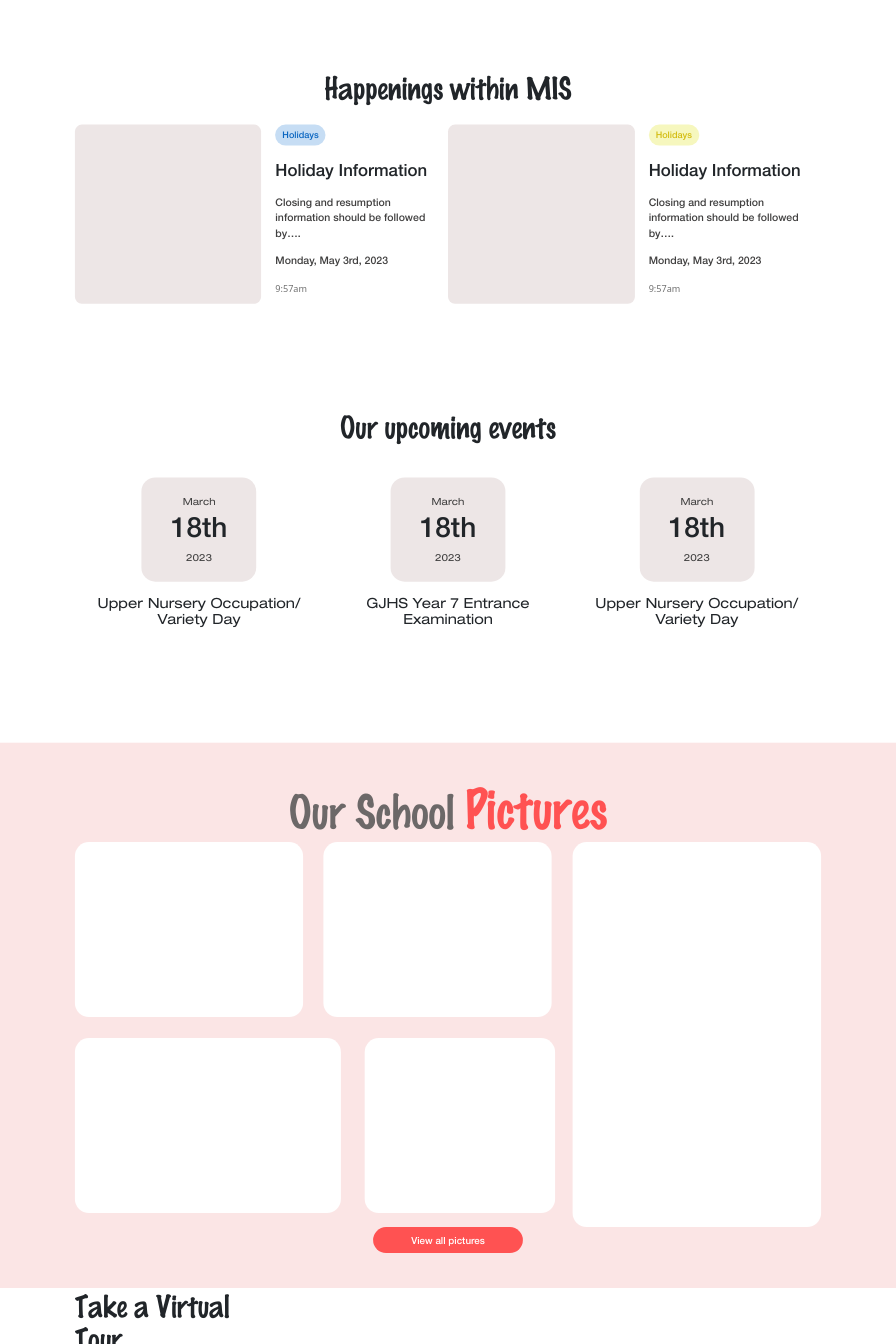
Repository: sarahnnanyelugo/MIGS
Page: /
An editor plug-in stored every save of this project. The page is shown before and after the next save, followed by the edit.
The browser window is 1280 px wide. The pictures show the part of the page from y = 4580 to 6500 px (the page is 7126 px tall before and 7226 px after), at 70% of full size.
The project was rebuilt for these pictures with package versions that can differ from the ones it lists, and the page was loaded fresh each time.

Above is the page before, as saved 2023-05-31 11:41:09.

After the next save:
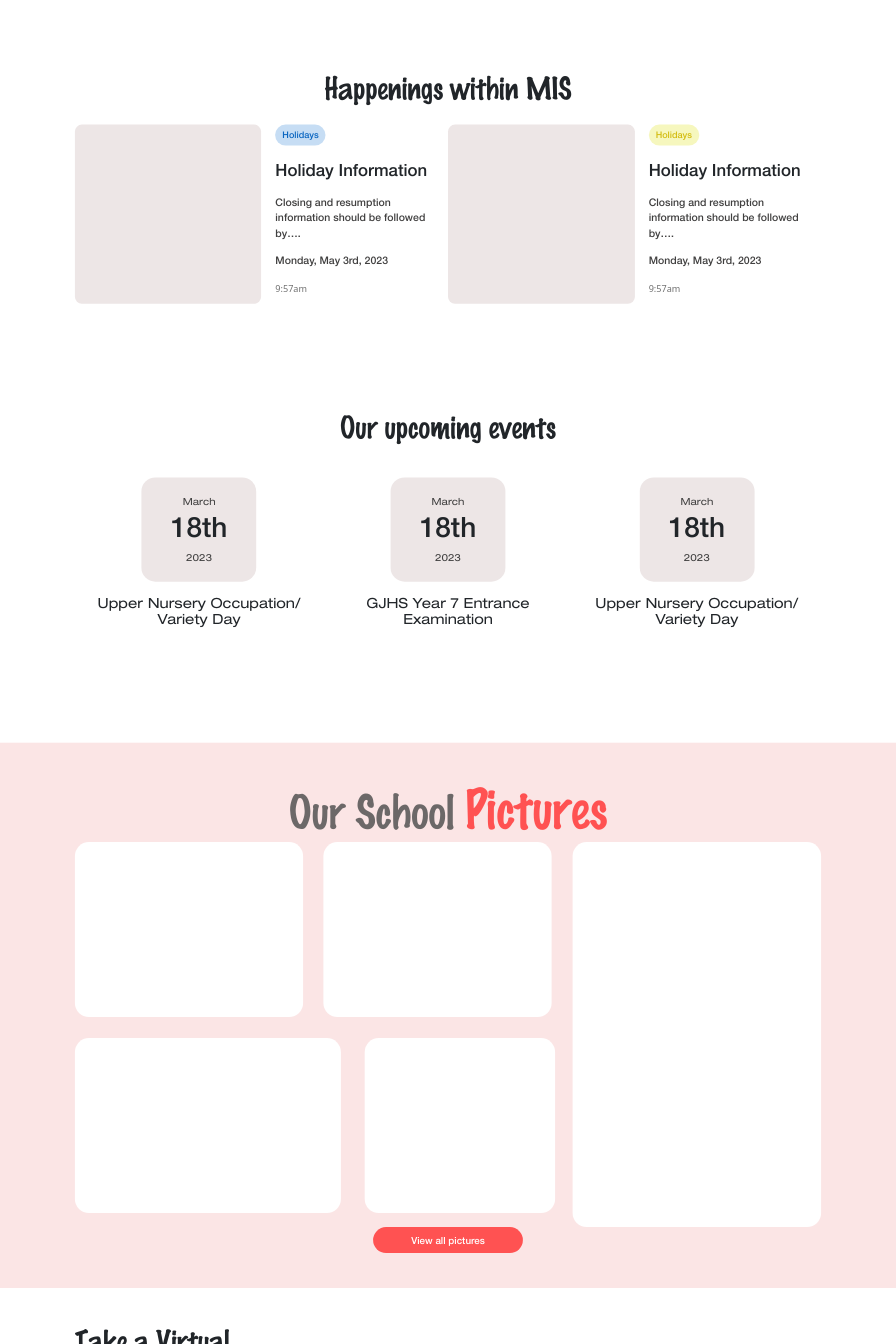
Saved 24 s later.
--- a/src/components/Tour/tour.scss
+++ b/src/components/Tour/tour.scss
@@ -1,2 +1,5 @@
-.vidieo-div {
+.tour-container {
+  padding: 50px 0;
+  .vidieo-div {
+  }
 }
